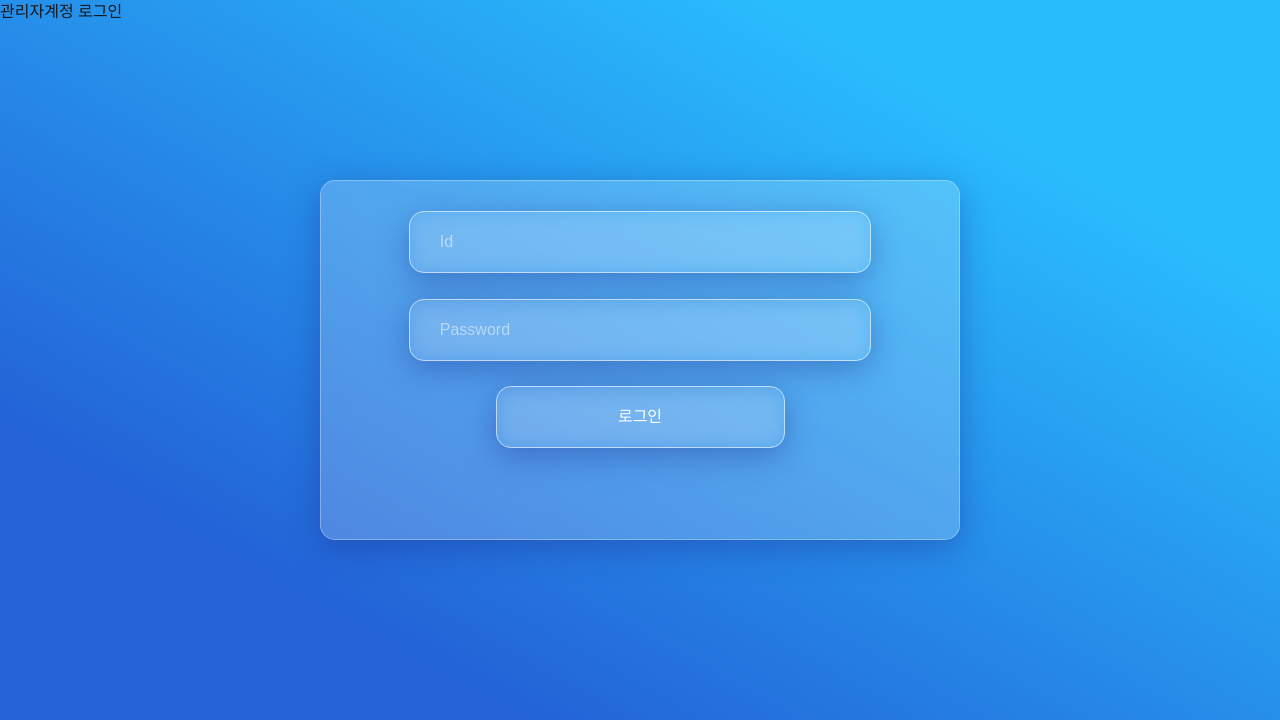
Repository: LEEYONGJUN3068/cms
Page: /login
These files come from the project's save history. The page is drawn as it stood at one moment and after a run of saves; the edit follows.
The browser window is 1280 px wide. The pictures show the whole page.
The page's requests for data from a server got no answer. The project was rebuilt for these pictures with package versions that can differ from the ones it lists, and the page was loaded fresh each time. The framework's server and built-in components were replaced by stand-ins that run in the browser. No one was signed in, and anything a server would have sent is missing. Also part of the build but not shown: next.config.mjs.

Above is the page before, as saved 2025-09-23 13:49:04.

After the next 2 saves:
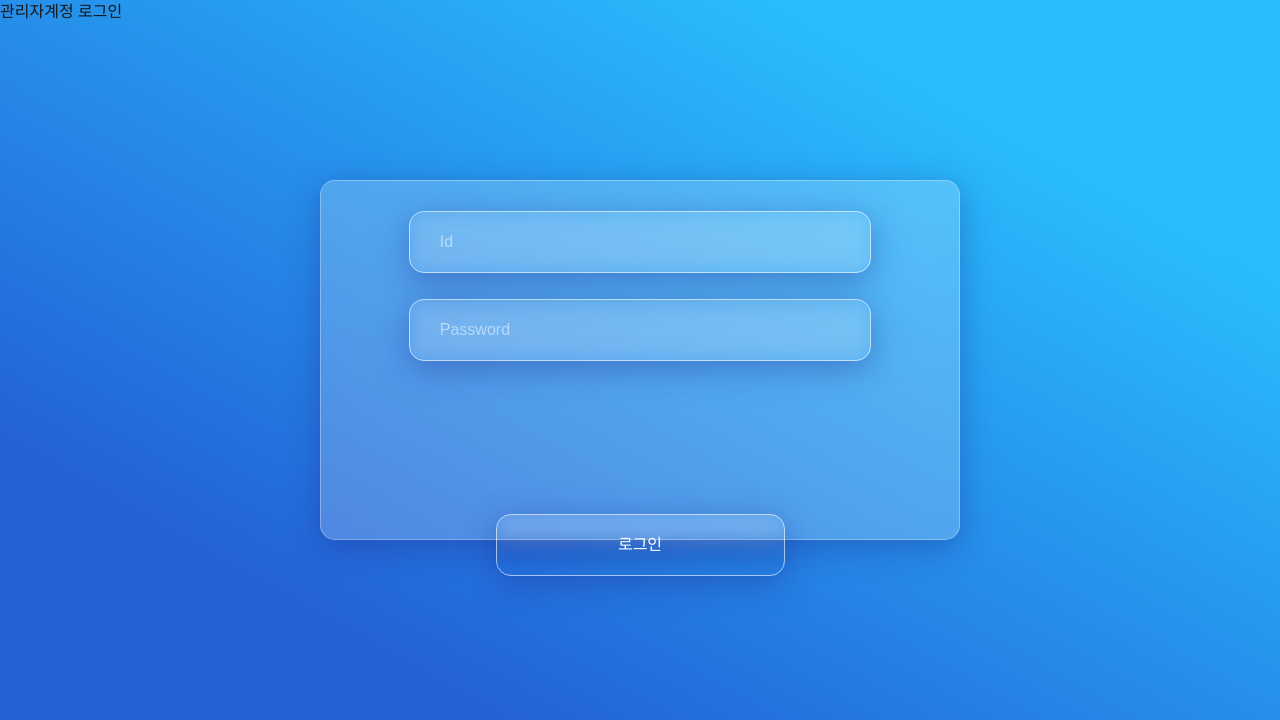
The 2 saves are shown as one change because they came seconds apart.
The last was saved 45 s later.
--- a/src/app/login/login.module.scss
+++ b/src/app/login/login.module.scss
@@ -52,7 +52,7 @@
             border-radius: 15px;
             padding: 30px;
             color: white;
-            margin-bottom: 2vw;
+            margin-top: 10vw;
 
             &:hover{
                 background-color: #fff;
